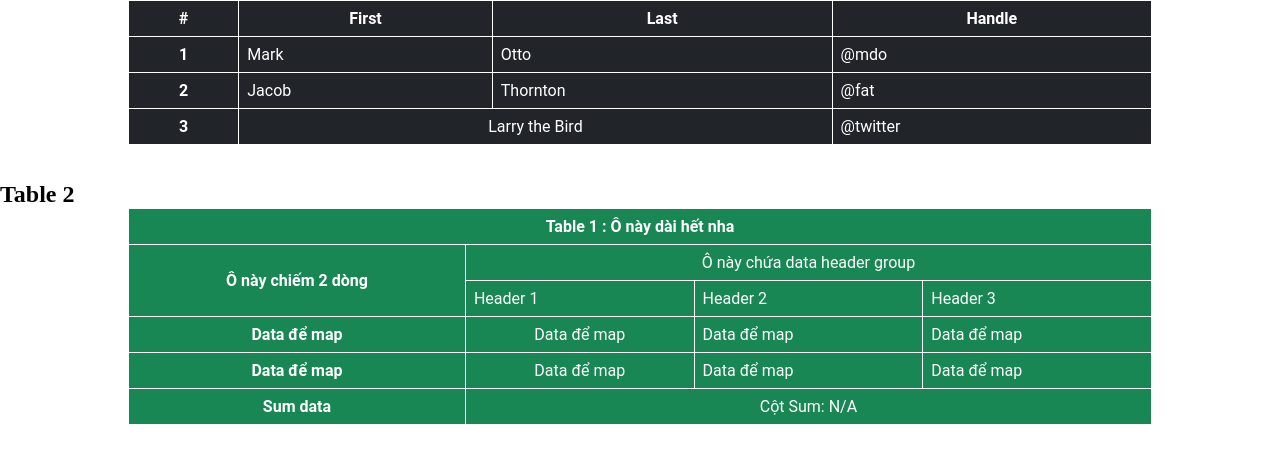
Repository: ThuatDev/BTVN_FE_JUNE
Page: index.html
An editor plug-in stored every save of this project. The page is shown before and after the next save, followed by the edit.
The browser window is 1280 px wide. The pictures show the whole page.

Above is the page before, as saved 2023-08-02 15:33:27.

### index.html
<!DOCTYPE html>
<html lang="en">
  <head>
    <meta charset="UTF-8" />
    <meta name="viewport" content="width=device-width, initial-scale=1.0" />
    <!-- <link
      href="https://cdn.jsdelivr.net/npm/bootstrap@5.0.2/dist/css/bootstrap.min.css"
      rel="stylesheet"
    /> -->
    <title>Document</title>
    <style>
      /* Reset CSS cho tất cả các phần tử */
      * {
        margin: 0;
        padding: 0;
        box-sizing: border-box;
      }

      /* Đặt màu nền và màu chữ cho bảng */
      .bg-dark {
        background-color: #212529;
      }
      .text-white {
        color: #fff;
      }

      /* Đặt font và kích thước chữ cho bảng */
      .table {
        font-family: "Roboto", sans-serif;
        font-size: 16px;
        font-weight: normal;
      }

      /* Áp dụng font-weight "bold" cho các thẻ <th> */
      .table th {
        font-weight: bold;
      }

      /* Đặt border cho bảng */
      .table {
        border-collapse: collapse;
      }

      /* Đặt border và padding cho thẻ <th> và <td> */
      .table th,
      .table td {
        border: 1px solid #fff;
        padding: 8px;
      }

      /* Đặt padding cho thẻ <th> trong thead */
      .table thead th {
        padding: 8px;
      }

      /* Bao bọc bảng trong một container để sử dụng flexbox */
      .table-container {
        display: flex;
        justify-content: center; /* Căn giữa bảng trong màn hình */
      }

      /* Áp dụng chiều rộng 80% cho bảng */
      .table {
        width: 80%;
        margin: 0 auto;
      }
      /* css bang 2  */

      .bg-success {
        background-color: #198754;
      }
      .text-white {
        color: #fff;
      }

      /* Đặt font và kích thước chữ cho bảng */
      .table {
        font-family: "Roboto", sans-serif;
        font-size: 16px;
        font-weight: normal;
      }

      /* Áp dụng font-weight "bold" cho các thẻ <th> */
      .table th {
        font-weight: bold;
      }

      /* Đặt border cho bảng */
      .table {
        border-collapse: collapse;
      }

      /* Đặt border và padding cho thẻ <th> và <td> */
      .table th,
      .table td {
        border: 1px solid #fff;
        padding: 8px;
      }

      /* Đặt padding cho thẻ <th> có rowspan và colspan */
      .table th[colspan],
      .table th[rowspan],
      .table td[colspan],
      .table td[rowspan] {
        padding: 8px;
        text-align: center; /* Căn giữa văn bản trong ô có colspan */
      }

      /* Đặt padding cho thẻ <td> có colspan */
      .table td[colspan] {
        padding: 8px;
        text-align: center; /* Căn giữa văn bản trong ô có colspan */
      }

      /* Đặt padding cho thẻ <th> trong thead */
      .table thead th {
        padding: 8px;
        text-align: center; /* Căn giữa văn bản trong ô có colspan */
      }

      /* Bao bọc bảng trong một container để sử dụng flexbox */
      .table-container {
        display: flex;
        justify-content: center; /* Căn giữa bảng theo chiều ngang */
        align-items: center; /* Căn giữa bảng theo chiều dọc */
      }

      /* Áp dụng chiều rộng 80% cho bảng */
      .table {
        width: 80%;
      }
    </style>
  </head>
  <body>
    <div class="table-container">
      <table class="table text-white table-bordered bg-dark">
        <thead>
          <tr>
            <th scope="col">#</th>
            <th scope="col">First</th>
            <th scope="col">Last</th>
            <th scope="col">Handle</th>
          </tr>
        </thead>
        <tbody>
          <tr>
            <th scope="row">1</th>
            <td>Mark</td>
            <td>Otto</td>
            <td>@mdo</td>
          </tr>
          <tr>
            <th scope="row">2</th>
            <td>Jacob</td>
            <td>Thornton</td>
            <td>@fat</td>
          </tr>
          <tr>
            <th scope="row">3</th>
            <td colspan="2">Larry the Bird</td>
            <td>@twitter</td>
          </tr>
        </tbody>
      </table>
    </div>
    <br />
    <br />
    <h2>Table 2</h2>
    <table class="table text-white table-bordered bg-success">
      <thead>
        <tr>
          <th scope="col" colspan="12" class="text-center">
            Table 1 : Ô này dài hết nha
          </th>
        </tr>
      </thead>
      <tbody>
        <tr>
          <th scope="row" rowspan="2">Ô này chiếm 2 dòng</th>
          <td colspan="3" class="text-center">Ô này chứa data header group</td>
        </tr>
        <tr>
          <td>Header 1</td>
          <td>Header 2</td>
          <td>Header 3</td>
        </tr>
        <tr>
          <th scope="row">Data để map</th>
          <td colspan="1">Data để map</td>
          <td>Data để map</td>
          <td>Data để map</td>
        </tr>
        <tr>
          <th scope="row">Data để map</th>
          <td colspan="1">Data để map</td>
          <td>Data để map</td>
          <td>Data để map</td>
        </tr>
        <tr>
          <th scope="row">Sum data</th>
          <td colspan="12" class="text-center">Cột Sum: N/A</td>
        </tr>
      </tbody>
    </table>
  </body>
</html>

After the next save:
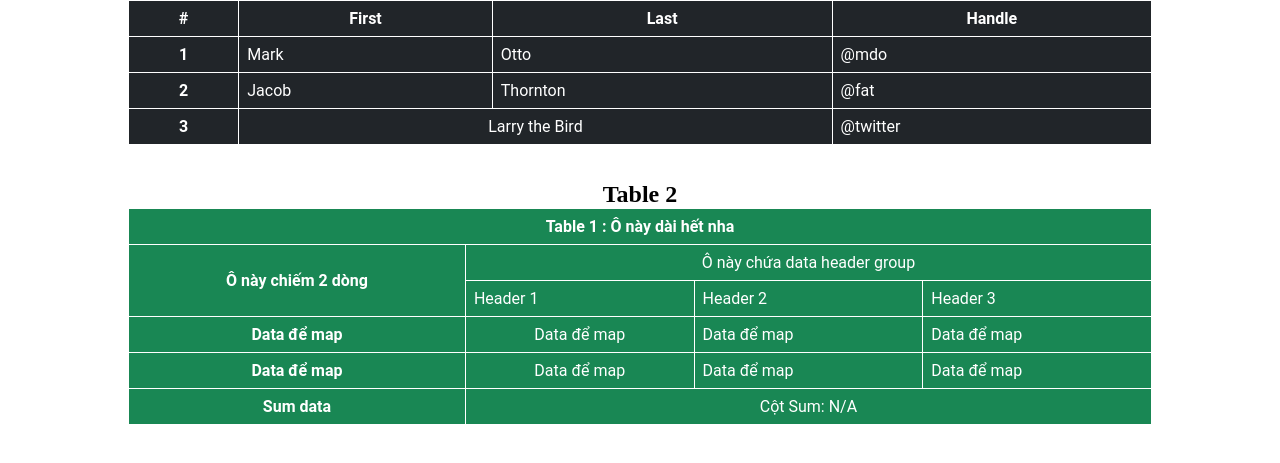
Saved 22 s later.
--- a/index.html
+++ b/index.html
@@ -165,7 +165,7 @@
     </div>
     <br />
     <br />
-    <h2>Table 2</h2>
+    <h2 style="text-align: center">Table 2</h2>
     <table class="table text-white table-bordered bg-success">
       <thead>
         <tr>
